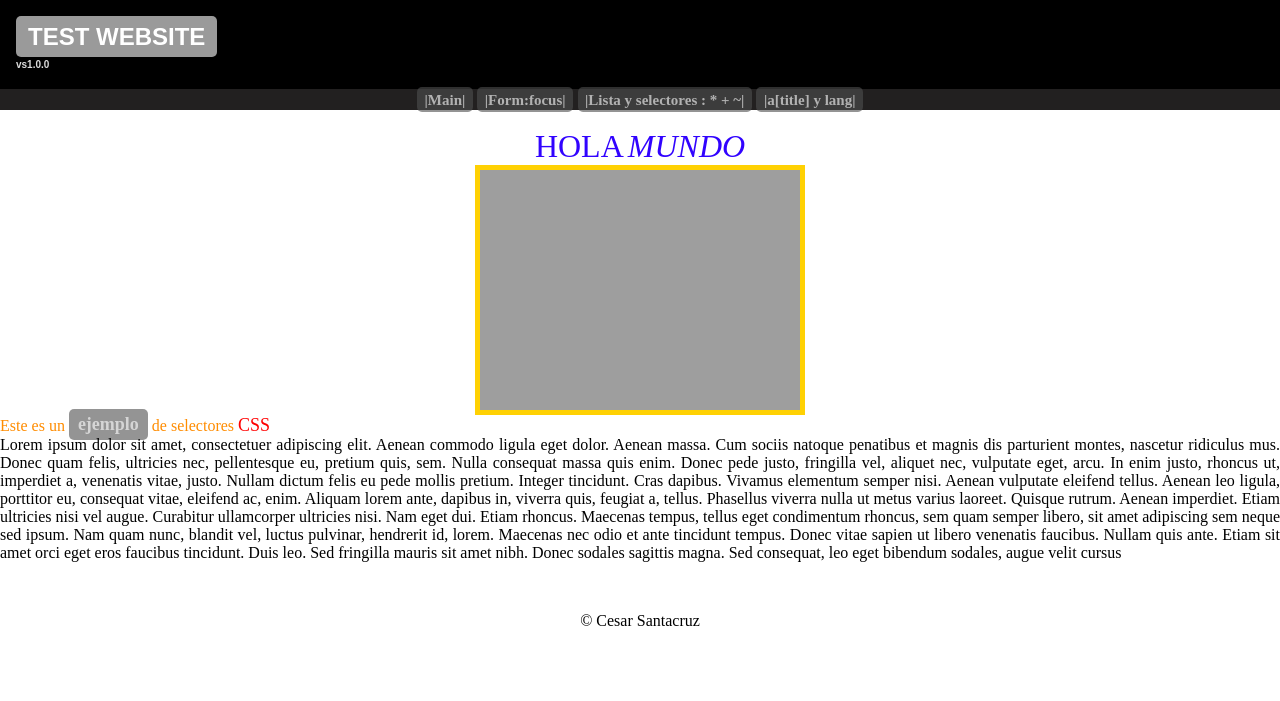
Repository: cesarsant0203/My_Study
Page: Introducción al desarrollo web/My Page 1/1.index.html
These files come from the project's save history. The page is drawn as it stood at one moment and after the next save; the edit follows.
The browser window is 1280 px wide. The pictures show the whole page.
Pictures or frames that could not be fetched are drawn as grey boxes.

Above is the page before, as saved 2020-04-29 18:24:16.

### Introducción al desarrollo web/My Page 1/1.index.html
<!DOCTYPE html>
<html lang="es">

<head>
    <meta charset="utf-8" />
    <title> HomePage </title>
    <link href="1.index.css" rel="stylesheet" />
</head>

<body>
    <header><h1>
            <a id="header" href="1.index.html">TEST WEBSITE</a>
            </h1>
        <h4>vs1.0.0</h4>
    </header>
        <section id="mySection" class="box">
            <nav>
                <a href="1.index.html">|Main|</a>
                <a href="2.posts.html">|Form:focus|</a>
                <a href="3.contacto.html">|Lista y selectores : * + ~|</a>
                <a href="4.formulario.html">|a[title] y lang|</a>
            </nav>
        </section>
    <br />
    <div id="holaMundo" class="box">
        <span>HOLA</span>
        <span id="mundo">MUNDO</span>
        <img src="https://estrenaweb.com/wp-content/uploads/2018/11/bestial.gif" title="gif" class="gif" />
    </div>
    <span id="mySpan">Este es un <a href="#" class="bold">ejemplo</a> de selectores</span>
    <span class="bold red">CSS</span>
    <p id="p1">Lorem ipsum dolor sit amet, consectetuer adipiscing elit. Aenean commodo ligula
        eget dolor. Aenean massa. Cum sociis natoque penatibus et magnis dis parturient montes, nascetur ridiculus mus.
        Donec quam felis, ultricies nec, pellentesque eu, pretium quis, sem. Nulla consequat massa quis enim. Donec pede
        justo, fringilla vel, aliquet nec, vulputate eget, arcu. In enim justo, rhoncus ut, imperdiet a, venenatis
        vitae,
        justo. Nullam dictum felis eu pede mollis pretium. Integer tincidunt. Cras dapibus. Vivamus elementum semper
        nisi.
        Aenean vulputate eleifend tellus. Aenean leo ligula, porttitor eu, consequat vitae, eleifend ac, enim. Aliquam
        lorem
        ante, dapibus in, viverra quis, feugiat a, tellus. Phasellus viverra nulla ut metus varius laoreet. Quisque
        rutrum.
        Aenean imperdiet. Etiam ultricies nisi vel augue. Curabitur ullamcorper ultricies nisi. Nam eget dui. Etiam
        rhoncus.
        Maecenas tempus, tellus eget condimentum rhoncus, sem quam semper libero, sit amet adipiscing sem neque sed
        ipsum.
        Nam quam nunc, blandit vel, luctus pulvinar, hendrerit id, lorem. Maecenas nec odio et ante tincidunt tempus.
        Donec
        vitae sapien ut libero venenatis faucibus. Nullam quis ante. Etiam sit amet orci eget eros faucibus tincidunt.
        Duis
        leo. Sed fringilla mauris sit amet nibh. Donec sodales sagittis magna. Sed consequat, leo eget bibendum sodales,
        augue velit cursus
    </p>

    <footer>
        &copy Cesar Santacruz
    </footer>
</body>


</html>

### Introducción al desarrollo web/My Page 1/1.index.css
* {
    margin: 0;
}
header {
    background: black;
    padding: 1em;
    box-sizing: border-box;
    margin: 0em;
}
a#header, h4 {
    background-color: inherit;
    box-sizing: border-box;
    margin-bottom: 1px;
}
a#header {
    font-family: Arial, Helvetica, sans-serif;
    line-height: 1.4;
    color: white;
    font-size: 24px;
    font-weight: bold;
    text-decoration: none;
    padding: 0.3em 0.5em;
    border-radius: 5px;
    background-color: rgba(255, 255, 255, 0.602);
    transition: background-color 1s linear;
    transition: color 1s linear
}
a#header:hover, input:hover, button:hover, a#header:focus, input:focus, button:focus {
    background-color: #fff;
    color: black;
}
a#header:focus, input:focus, button:focus {
    box-shadow: 0 0 0 3px rgba(0,0,0,0.25);
    outline: 0;
}
h4 {
    color: gainsboro;
    font-size: x-small;
    font-family: Arial, Helvetica, sans-serif;
    line-height: 1.4;
    margin-top: 4px;
}
a{
    box-sizing: border-box;
    margin-top: auto;
    font-size: 15px;
    font-weight: bold;
    color: rgba(255, 255, 255, 0.609);
    text-decoration: none;
    padding: 0.3em 0.5em;
    border-radius: 5px;
    background-color: rgba(78, 78, 78, 0.602);
    transition: color 1s linear;
}
a:hover, input:hover, button:hover, a:focus, input:focus, button:focus {
    color: #fff;
}
a:focus, input:focus, button:focus {
    box-shadow: 0 0 0 3px rgba(0,0,0,0.25);
    outline: 0;
}
/*.clase*/
.box {
    background-color: none;
    color: aqua;
}

.bold {
    font-size: large;
}

.red {
    color: red;
}

/*-----------------------*/

/*#identificador*/
#holaMundo {
    color: rgb(49, 3, 255);
    text-align: center;
}

span#mySpan {
    color: darkorange;
}

/*-----------------------*/
div span {
    font-size: xx-large;
}

/*-----------------------*/

/* selector universal (*)*/


/*-----------------------*/

/*dos puntos:*/
a:link {
    text-decoration: none;
}

a:visited {
    text-decoration: none;
}

/*-----------------------*/
 section {
    text-align: center;
    background-color: rgb(34, 32, 32);
    padding: ;
}
section#mySection{
    font-size: large;
}
span#mundo {
    font-style: italic;
}
footer {
    position: relative;
    margin-top: 50px;
    text-align: center;
    height: 30px;
}
p#p1 {
    text-align: justify;
}
img.gif {
    width: 320px;
    height: 240px;
    border: rgb(255, 209, 3) 5px solid;
    border-collapse: collapse;
    display: block;
    margin: auto;
}

After the next save:
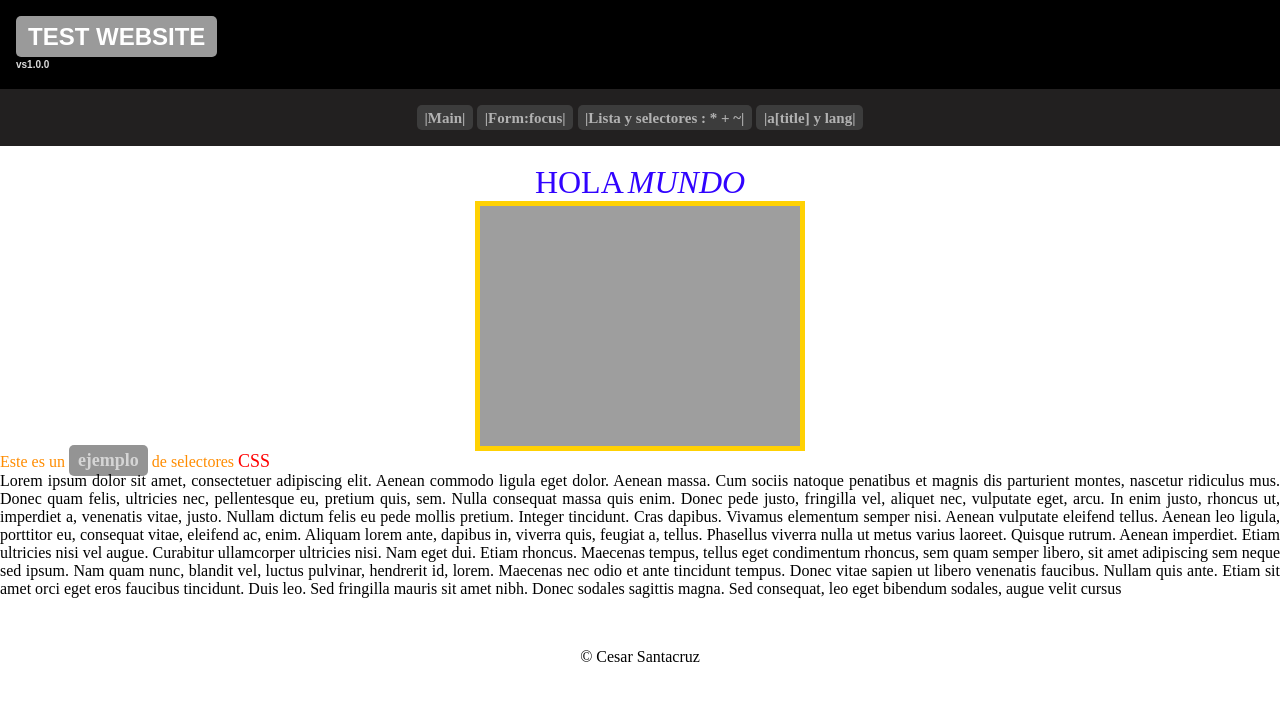
Saved 4 s later.
--- a/Introducción al desarrollo web/My Page 1/1.index.css
+++ b/Introducción al desarrollo web/My Page 1/1.index.css
@@ -110,7 +110,7 @@ a:visited {
  section {
     text-align: center;
     background-color: rgb(34, 32, 32);
-    padding: ;
+    padding: 1em;
 }
 section#mySection{
     font-size: large;
